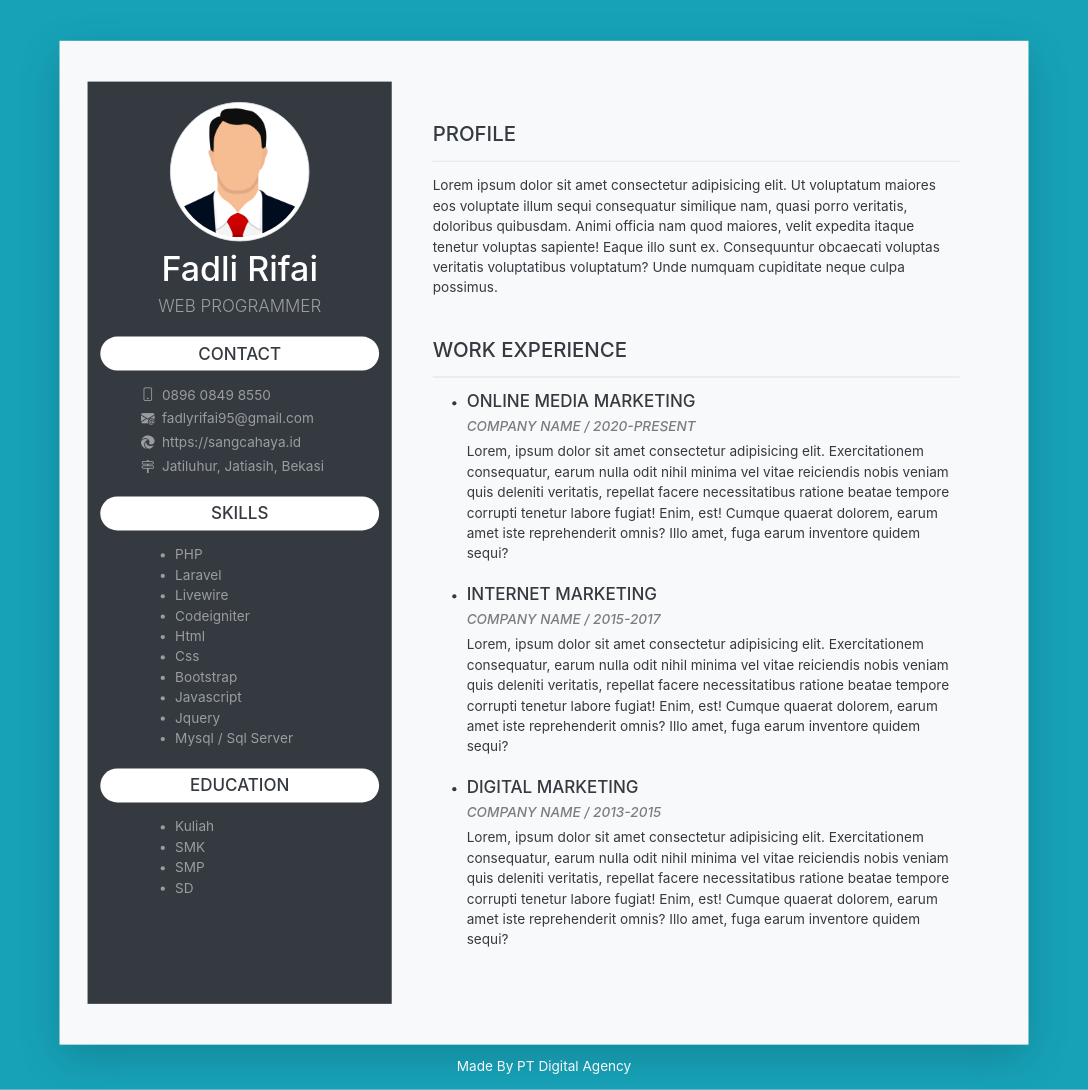
Repository: fadlyyy/fadlyyy.github.io
Page: index.html
These files come from the project's save history. The page is drawn as it stood at one moment and after the next save; the edit follows.
The browser window is 1280 px wide. The pictures show the whole page, at 85% of full size.

Above is the page before, as saved 2024-01-31 07:37:29.

### index.html
<!DOCTYPE html>
<html lang="en">

<head>
     <!-- Required meta tags -->
     <meta charset="utf-8" />
     <meta name="viewport" content="width=device-width, initial-scale=1, shrink-to-fit=no" />

     <!-- Bootstrap CSS -->
     <link rel="stylesheet" href="https://cdn.jsdelivr.net/npm/bootstrap@4.6.2/dist/css/bootstrap.min.css"
          integrity="sha384-xOolHFLEh07PJGoPkLv1IbcEPTNtaed2xpHsD9ESMhqIYd0nLMwNLD69Npy4HI+N" crossorigin="anonymous" />

     <!-- Icon -->
     <link rel="stylesheet" href="https://cdn.jsdelivr.net/npm/bootstrap-icons@1.11.3/font/bootstrap-icons.min.css" />

     <link rel="stylesheet" href="style.css" />

     <title>Hello, world!</title>
</head>

<body class="bg-info">
     <div class="container p-5 bg-light mt-5 mb-5 shadow shadow-lg">
          <div class="row">
               <div class="col-lg-4 bg-dark text-white text-center py-4">
                    <div class="header-left">
                         <img src="img/profile.png"
                              alt="" class="img-thumbnail rounded-circle mb-2 w-50 h-50" />
                         <h1 class="display-5">Fadli Rifai</h1>
                         <h4 class="lead text-uppercase text-white-50 mb-4">Web Programmer</h4>
                    </div>

                    <!-- general info -->
                    <div class="general-info">
                         <h5 class="text-uppercase bg-white text-dark py-2 rounded-pill">contact</h5>

                         <ul class="list-unstyled text-white-50 py-2 text-left ml-5">
                              <li class="list-item mb-1">
                                   <p>
                                        <i class="bi bi-phone mr-1"></i> 0896 0849 8550
                                   </p>
                              </li>
                              <li class="list-item mb-1 text-wrap w-75">
                                   <p>
                                        <i class="bi bi-envelope-at-fill mr-1"></i> fadlyrifai95@gmail.com
                                   </p>
                              </li>
                              <li class="list-item mb-1">
                                   <p>
                                        <i class="bi bi-browser-edge mr-1"></i> https://sangcahaya.id
                                   </p>
                              </li>
                              <li class="list-item">
                                   <i class="bi bi-signpost-2 mr-1"></i>
                                   Jatiluhur, Jatiasih, Bekasi
                              </li>
                         </ul>
                    </div>

                    <!-- skills -->
                    <div>
                         <h5 class="text-uppercase bg-white text-dark py-2 rounded-pill">skills</h5>
                         <ul class="list text-white-50 ml-5 py-2 text-left text-capitalize list-skills">
                              <li class="list-item">PHP</li>
                              <li class="list-item">laravel</li>
                              <li class="list-item">livewire</li>
                              <li class="list-item">codeigniter</li>
                              <li class="list-item">html</li>
                              <li class="list-item">css</li>
                              <li class="list-item">bootstrap</li>
                              <li class="list-item">javascript</li>
                              <li class="list-item">jquery</li>
                              <li class="list-item">mysql / sql server</li>
                         </ul>
                    </div>

                    <!-- educations -->
                    <div>
                         <h5 class="text-uppercase bg-white text-dark py-2 rounded-pill">education</h5>
                         <ul class="list text-white-50 ml-5 py-2 text-left text-capitalize">
                              <li class="list-item">Kuliah</li>
                              <li class="list-item">SMK</li>
                              <li class="list-item">SMP</li>
                              <li class="list-item">SD</li>
                         </ul>
                    </div>
               </div>

               <div class="col-lg-8 bg-light text-dark py-5 px-5 right-side">
                    <div class="header-right">
                         <h4 class="text-uppercase">Profile</h4>
                         <hr />
                         <p>
                              Lorem ipsum dolor sit amet consectetur adipisicing elit. Ut voluptatum maiores eos
                              voluptate illum sequi consequatur similique nam, quasi porro veritatis, doloribus
                              quibusdam. Animi officia nam quod maiores, velit expedita
                              itaque tenetur voluptas sapiente! Eaque illo sunt ex. Consequuntur obcaecati voluptas
                              veritatis voluptatibus voluptatum? Unde numquam cupiditate neque culpa possimus.
                         </p>
                    </div>

                    <div class="mt-5">
                         <h4 class="text-uppercase">work experience</h4>
                         <hr>

                         <ul class="list">
                              <li class="list-item">
                                   <h5 class="display-6 text-uppercase">online media marketing</h5>
                                   <h6 class="text-uppercase text-black-50 font-italic">company name / 2020-present</h6>
                                   <p>Lorem, ipsum dolor sit amet consectetur adipisicing elit. Exercitationem consequatur, earum nulla odit nihil minima vel vitae reiciendis nobis veniam quis deleniti veritatis, repellat facere necessitatibus ratione beatae tempore corrupti tenetur labore fugiat! Enim, est! Cumque quaerat dolorem, earum amet iste reprehenderit omnis? Illo amet, fuga earum inventore quidem sequi?</p>
                              </li>

                              <li class="list-item mt-4">
                                   <h5 class="display-6 text-uppercase">internet marketing</h5>
                                   <h6 class="text-uppercase text-black-50 font-italic">company name / 2015-2017</h6>
                                   <p>Lorem, ipsum dolor sit amet consectetur adipisicing elit. Exercitationem consequatur, earum nulla odit nihil minima vel vitae reiciendis nobis veniam quis deleniti veritatis, repellat facere necessitatibus ratione beatae tempore corrupti tenetur labore fugiat! Enim, est! Cumque quaerat dolorem, earum amet iste reprehenderit omnis? Illo amet, fuga earum inventore quidem sequi?</p>
                              </li>

                              <li class="list-item mt-4">
                                   <h5 class="display-6 text-uppercase">digital marketing</h5>
                                   <h6 class="text-uppercase text-black-50 font-italic">company name / 2013-2015</h6>
                                   <p>Lorem, ipsum dolor sit amet consectetur adipisicing elit. Exercitationem consequatur, earum nulla odit nihil minima vel vitae reiciendis nobis veniam quis deleniti veritatis, repellat facere necessitatibus ratione beatae tempore corrupti tenetur labore fugiat! Enim, est! Cumque quaerat dolorem, earum amet iste reprehenderit omnis? Illo amet, fuga earum inventore quidem sequi?</p>
                              </li>
                         </ul>
                    </div>
               </div>
          </div>
     </div>
     <!-- Optional JavaScript; choose one of the two! -->

     <!-- footer -->
     <div class="footer">
          <p class="text-light text-center text-capitalize" style="margin-top: -35px;">made by PT Digital Agency</p>
     </div>

     <!-- Option 1: jQuery and Bootstrap Bundle (includes Popper) -->
     <script src="https://cdn.jsdelivr.net/npm/jquery@3.5.1/dist/jquery.slim.min.js"
          integrity="sha384-DfXdz2htPH0lsSSs5nCTpuj/zy4C+OGpamoFVy38MVBnE+IbbVYUew+OrCXaRkfj"
          crossorigin="anonymous"></script>
     <script src="https://cdn.jsdelivr.net/npm/bootstrap@4.6.2/dist/js/bootstrap.bundle.min.js"
          integrity="sha384-Fy6S3B9q64WdZWQUiU+q4/2Lc9npb8tCaSX9FK7E8HnRr0Jz8D6OP9dO5Vg3Q9ct"
          crossorigin="anonymous"></script>

     <!-- Option 2: Separate Popper and Bootstrap JS -->
     <!--
    <script src="https://cdn.jsdelivr.net/npm/jquery@3.5.1/dist/jquery.slim.min.js" integrity="sha384-DfXdz2htPH0lsSSs5nCTpuj/zy4C+OGpamoFVy38MVBnE+IbbVYUew+OrCXaRkfj" crossorigin="anonymous"></script>
    <script src="https://cdn.jsdelivr.net/npm/popper.js@1.16.1/dist/umd/popper.min.js" integrity="sha384-9/reFTGAW83EW2RDu2S0VKaIzap3H66lZH81PoYlFhbGU+6BZp6G7niu735Sk7lN" crossorigin="anonymous"></script>
    <script src="https://cdn.jsdelivr.net/npm/bootstrap@4.6.2/dist/js/bootstrap.min.js" integrity="sha384-+sLIOodYLS7CIrQpBjl+C7nPvqq+FbNUBDunl/OZv93DB7Ln/533i8e/mZXLi/P+" crossorigin="anonymous"></script>
    -->
</body>

</html>

### style.css
.general-info ul li p {
    margin: 0;
}

/* Media Query */
/* Extra Large */
@media (max-width: 1200px) {

}

/* Laptop */
@media (max-width: 992px) {

}

/* Tablet */
@media (max-width: 768px) {

}

/* Mobile */
@media (max-width: 576px) {
    .right-side {
        padding-left: 0 !important;
        padding-right: 0 !important;
    }
}

After the next save:
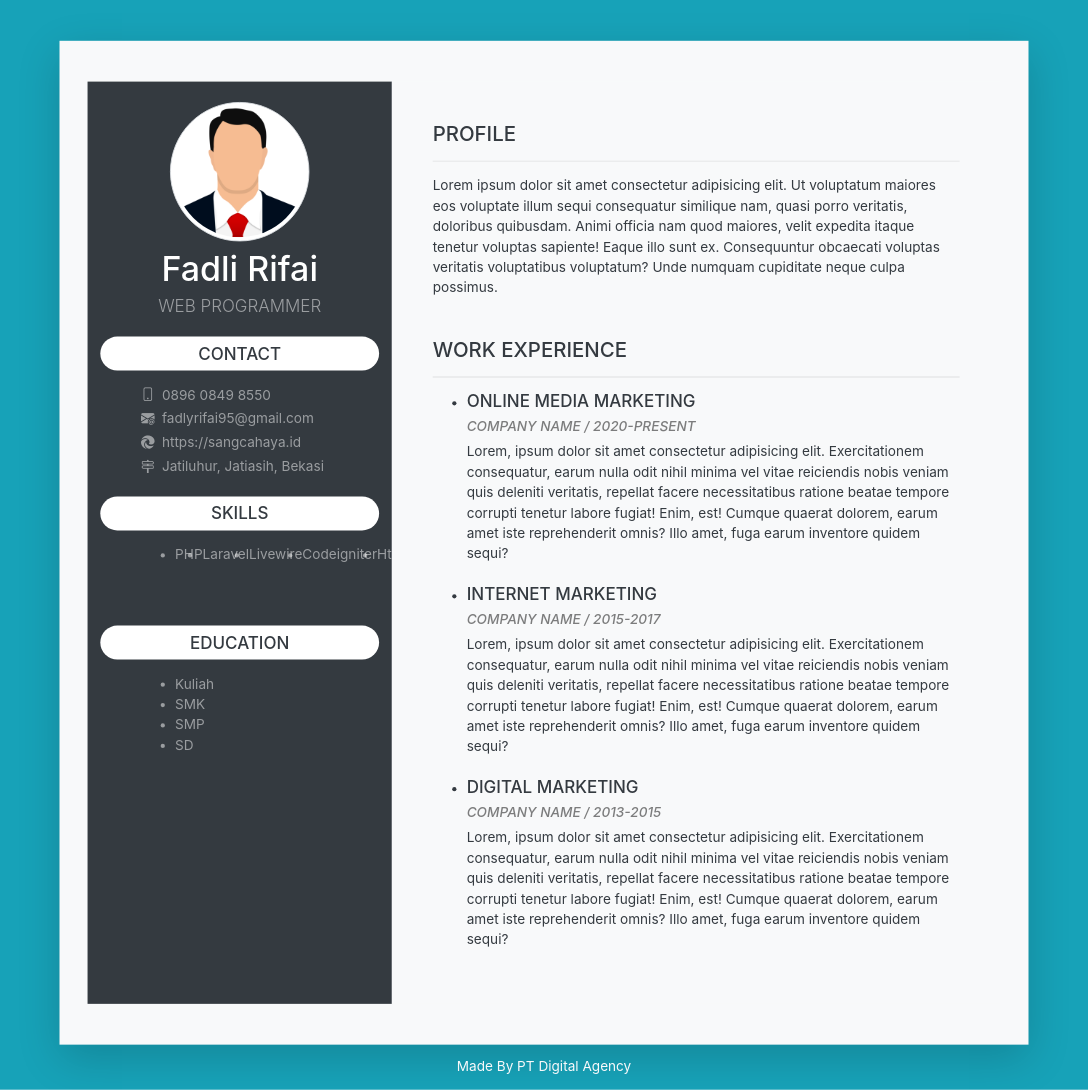
Saved 53 s later.
--- a/style.css
+++ b/style.css
@@ -1,5 +1,9 @@
 .general-info ul li p {
     margin: 0;
+}
+
+.list-skills {
+    display: flex;
 }
 
 /* Media Query */
